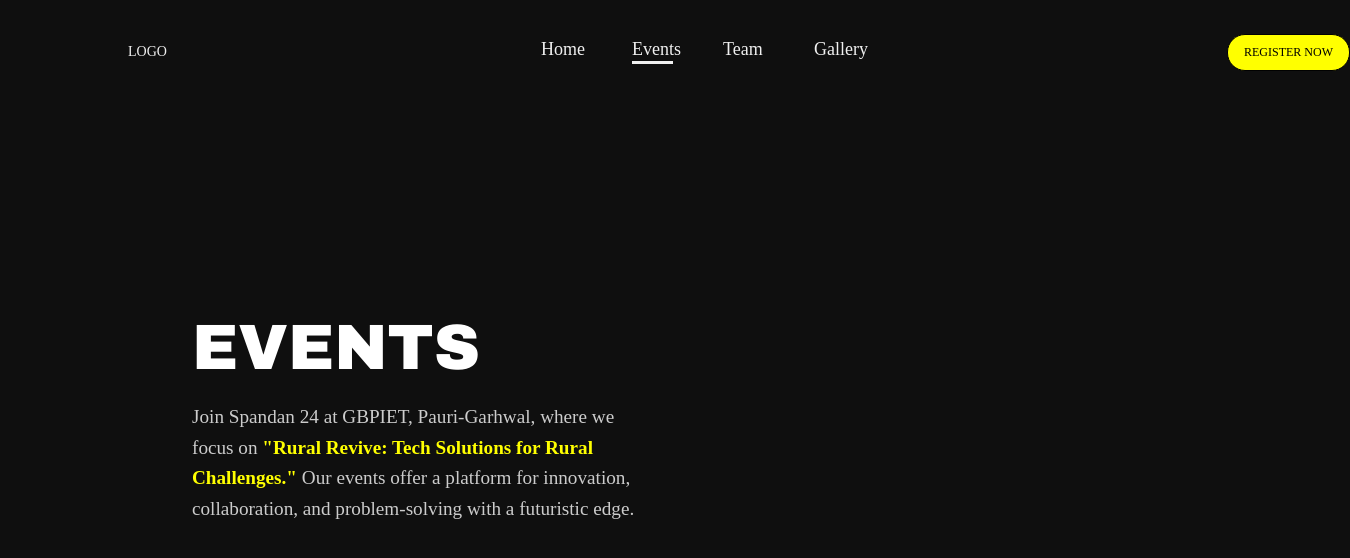
Repository: s4bbi/spandan-3.0
Page: /Events
These files come from the project's save history. The page is drawn as it stood at one moment and after the next save; the edit follows.
The browser window is 1280 px wide. The page is 1350 px wide, so the pictures cover 1350 px, including what lies to the right of the window. The pictures show the whole page.
The project was rebuilt for these pictures with package versions that can differ from the ones it lists, and the page was loaded fresh each time. Also part of the build but not shown: vite.config.js, src/pages/Home/Home.jsx.

Above is the page before, as saved 2024-11-02 02:24:31.

### src/App.jsx
import React from 'react'
import Navbar from './components/Navbar/Navbar'
import { Route, Routes } from 'react-router-dom'
import Home from  './pages/Home/Home'
import Events from  './pages/Events/Events'


const App = () => {
  return (
    <div className='app'>
      <Navbar/>
      { <Routes>
        <Route path="/" element={<Home />} />
        <Route path="Events" element={<Events />} />
      </Routes> }
    </div>
  )
}

export default App

### src/components/Navbar/Navbar.jsx
import React, {useState} from 'react'
import './Navbar.css'
// import {assets} from'../../assets/assets'
const Navbar = () => {

  const [menu,setMenu] = useState("Events");
  return (
    <div className='navbar'>
        <h1 className="logo">LOGO</h1>
        <ul className="navbar-menu">
            <li onClick={()=>setMenu("Home")} className={menu=="Home"?"active":""}>Home</li>
            <li onClick={()=>setMenu("Events")} className={menu=="Events"?"active":""}>Events</li>
            <li onClick={()=>setMenu("Team")} className={menu=="Team"?"active":""}>Team</li>
            <li onClick={()=>setMenu("Gallery")} className={menu=="Gallery"?"active":""}>Gallery</li>
        </ul>


        <button>REGISTER NOW</button>
     </div>

  )
}

export default Navbar

### src/pages/Events/Events.jsx
import React from 'react'
import './Events.css'
import HeroSection from '../../components/HeroSection/HeroSection'

const Events = () => {
  return (
    <div>
      <HeroSection/>
    </div>
  )
}

export default Events

### src/components/Navbar/Navbar.css
.navbar{
    width: 1222px;
    height: 37px;
    margin-top: 34px;
    margin-left: 128px;
    border-radius: 20px 0px 0px 0px;
    display: flex;
    justify-content: space-between;
    align-items: center;
}

.logo{
    width: 41px;
    height: 17px;
    font-family: Gilroy-Light;
    font-size: 14px;
    font-weight: 400;
    line-height: 16.8px;
    text-align: left;
    color:#F0F0F0;
   }

.navbar-menu{
    display:flex;
    list-style:none;
    gap:50px;
    color:#F0F0F0;
    ;
   }

.navbar button{
    background:transparent;
    font-size: 12px;
    background-color:#FFFF00;
    font-family: Gilroy-SemiBold;
    border: 1px solid #010101;
    ;
    padding: 10px 16px 10px 16px;
    border-radius: 18px 18px 18px 18px;
    cursor: pointer;}
    /* transition: 0.3s; */
    /* width: Hug (132px)px; */
 /* height: Hug (37px)px;
top: 34px;
left: 1218px;
padding: 10px 16px 10px 16px;
} */

  .navbar button:hover{
    background-color:#FFFFFF;
    color: #e74c3c;
    }

  /* .navbar .active{
    padding-bottom: 3px;
    border-bottom: 3px solid #49557e;
}   */

.navbar .active {
    padding-bottom: 3px;
    border-bottom: 3px solid #F0F0F0;}
.navbar li{
    cursor: pointer;
    width: 41px;
    height: 17px;
    font-family: Gilroy-SemiBold;
    font-size: 18px;
    font-weight: 400;
    line-height: 17.15px;
    text-align: left;
}

### src/components/HeroSection/HeroSection.jsx
import React from 'react'
import "./HeroSection.css";
// import roboticHandImage from "../assets/eventsHand.webp";




const HeroSection = () => {
  return (
    <div>
      <section className="hero">
      <div className="hero-text">
        <h1 className="hero-title">EVENTS</h1>
        <p className="hero-description">
          Join Spandan 24 at GBPIET, Pauri-Garhwal, where we focus on <span className="highlight">"Rural Revive: Tech Solutions for Rural Challenges."</span> Our events offer a platform for innovation, collaboration, and problem-solving with a futuristic edge.
        </p>
      </div>
      {/* <img src={roboticHandImage} alt="Robotic Hand" className="hero-image" /> */}
    </section>
    </div>
  )
}

export default HeroSection

### src/components/HeroSection/HeroSection.css
.hero {
    display: flex;
    align-items: center;
    justify-content: space-between;
    padding-top: 50px;
    max-width: 1200px;
    margin: 192px;
  }

  .hero-text {
    width: 50%;
    color: white;
  }

  .hero-title {
    font-size: 4em;
    margin: 0;
    font-family: 'Arial Black', sans-serif;
  }

  .hero-description {
    margin-top: 20px;
    font-size: 1.2em;
    line-height: 1.6;
    color: #ccc;
  }

  .highlight {
    color: yellow;
    font-weight: bold;
  }

  .hero-image {
    width: 45%;
    max-width: 500px;
    height: auto;
  }

### public/style.css
*{
    margin:0px;
    padding:0px;
}

body{
    background-color: #0f0f0f;
}

Loaded but not shown: index.html (common file); src/main.jsx (common file); src/pages/Events/Events.css (no stored copy; drawn as an empty file)

After the next save:
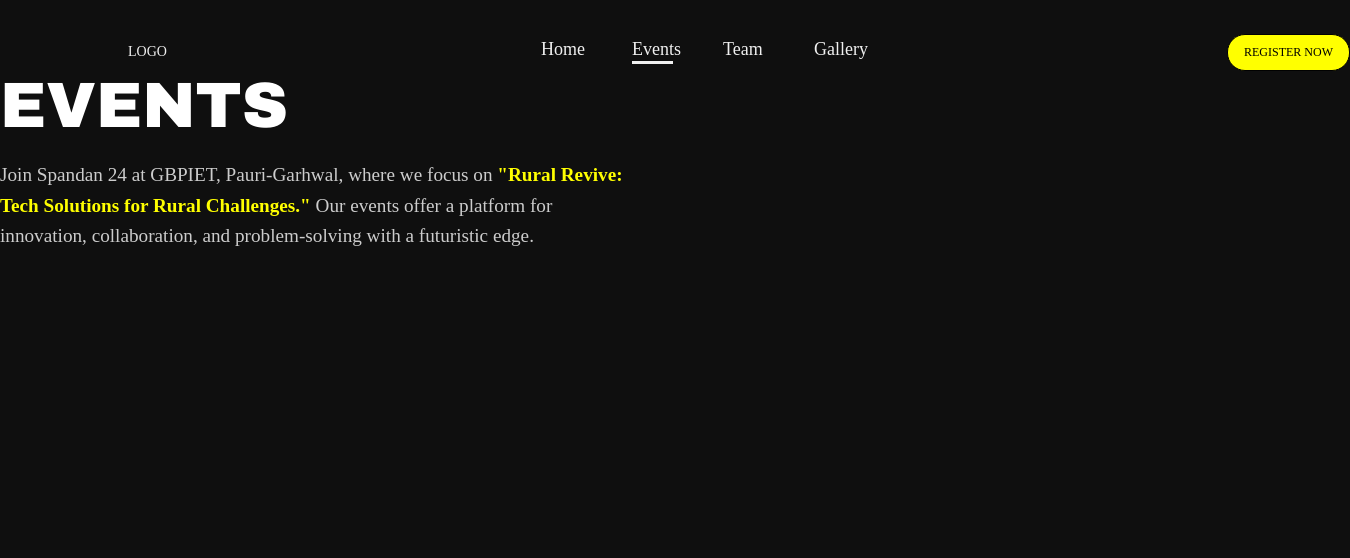
Saved 7 s later.
--- a/src/components/HeroSection/HeroSection.css
+++ b/src/components/HeroSection/HeroSection.css
@@ -2,9 +2,9 @@
     display: flex;
     align-items: center;
     justify-content: space-between;
-    padding-top: 50px;
+    /* padding-top: 50px;
     max-width: 1200px;
-    margin: 192px;
+    margin: 192px; */
   }
 
   .hero-text {
